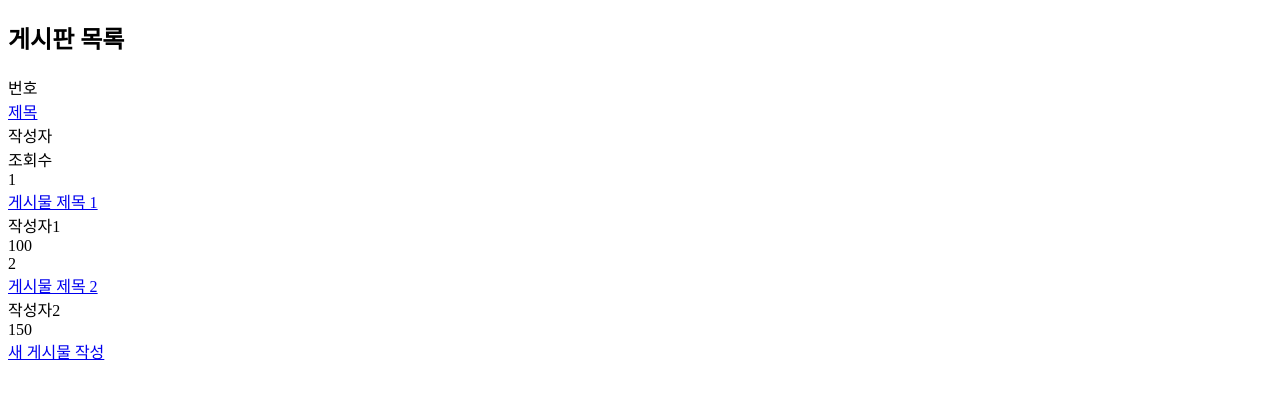
Repository: sieoh/2024html-
Page: http://localhost/jspweb_09/writeform.jsp
An editor plug-in stored every save of this project. The page is shown before and after the next save, followed by the edit.
The browser window is 1280 px wide. The pictures show the whole page.
The page is served by Tomcat 9. Other server files are loaded and not shown.

Above is the page before, as saved 2024-01-15 03:20:23.

### workspace_sts/jspweb_09/src/main/webapp/writeform.jsp
<%@ page language="java" contentType="text/html; charset=UTF-8"
    pageEncoding="UTF-8"%>
<!DOCTYPE html>
<html>
<head>
<meta charset="UTF-8">
<title>Insert title here</title>
</head>
<body>
	<div class="board-container">
    <h2>게시판 목록</h2>

    <div class="board-item">
        <div class="bbshead number">번호</div>
        <div class="bbshead title"><a href="#">제목</a></div>
        <div class="bbshead author">작성자</div>
        <div class="bbshead views">조회수</div>
    </div>

    <div class="board-item">
        <div class="number">1</div>
        <div class="title"><a href="#">게시물 제목 1</a></div>
        <div class="author">작성자1</div>
        <div class="views">100</div>
    </div>

    <div class="board-item">
        <div class="number">2</div>
        <div class="title"><a href="#">게시물 제목 2</a></div>
        <div class="author">작성자2</div>
        <div class="views">150</div>
    </div>

    <!-- 추가적인 게시물 목록은 필요에 따라 반복해서 추가 -->

    <a href="#" class="add-button">새 게시물 작성</a>
</div>
</body>
</html>

After the next save:
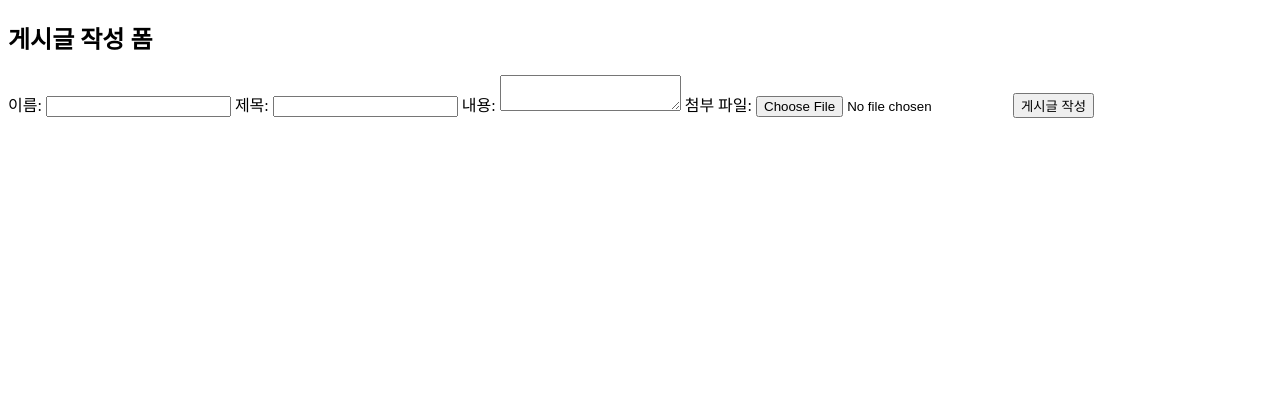
Saved 46 s later.
--- a/workspace_sts/jspweb_09/src/main/webapp/writeform.jsp
+++ b/workspace_sts/jspweb_09/src/main/webapp/writeform.jsp
@@ -7,33 +7,24 @@
 <title>Insert title here</title>
 </head>
 <body>
-	<div class="board-container">
-    <h2>게시판 목록</h2>
+	<div class="container">
+    <h2>게시글 작성 폼</h2>
+    <form action="#" method="post" enctype="multipart/form-data">
+      <label for="employeeName">이름:</label>
+      <input type="text" id="employeeName" name="employeeName" required>
 
-    <div class="board-item">
-        <div class="bbshead number">번호</div>
-        <div class="bbshead title"><a href="#">제목</a></div>
-        <div class="bbshead author">작성자</div>
-        <div class="bbshead views">조회수</div>
-    </div>
+      <label for="postTitle">제목:</label>
+      <input type="text" id="postTitle" name="postTitle" required>
 
-    <div class="board-item">
-        <div class="number">1</div>
-        <div class="title"><a href="#">게시물 제목 1</a></div>
-        <div class="author">작성자1</div>
-        <div class="views">100</div>
-    </div>
+      <label for="postContent">내용:</label>
+      <textarea id="postContent" name="postContent" required></textarea>
 
-    <div class="board-item">
-        <div class="number">2</div>
-        <div class="title"><a href="#">게시물 제목 2</a></div>
-        <div class="author">작성자2</div>
-        <div class="views">150</div>
-    </div>
+      <label for="fileAttachment">첨부 파일:</label>
+      <input type="file" id="fileAttachment" name="fileAttachment">
 
-    <!-- 추가적인 게시물 목록은 필요에 따라 반복해서 추가 -->
-
-    <a href="#" class="add-button">새 게시물 작성</a>
+      <button type="submit">게시글 작성</button>
+    </form>
+  </div>
 </div>
 </body>
 </html>
